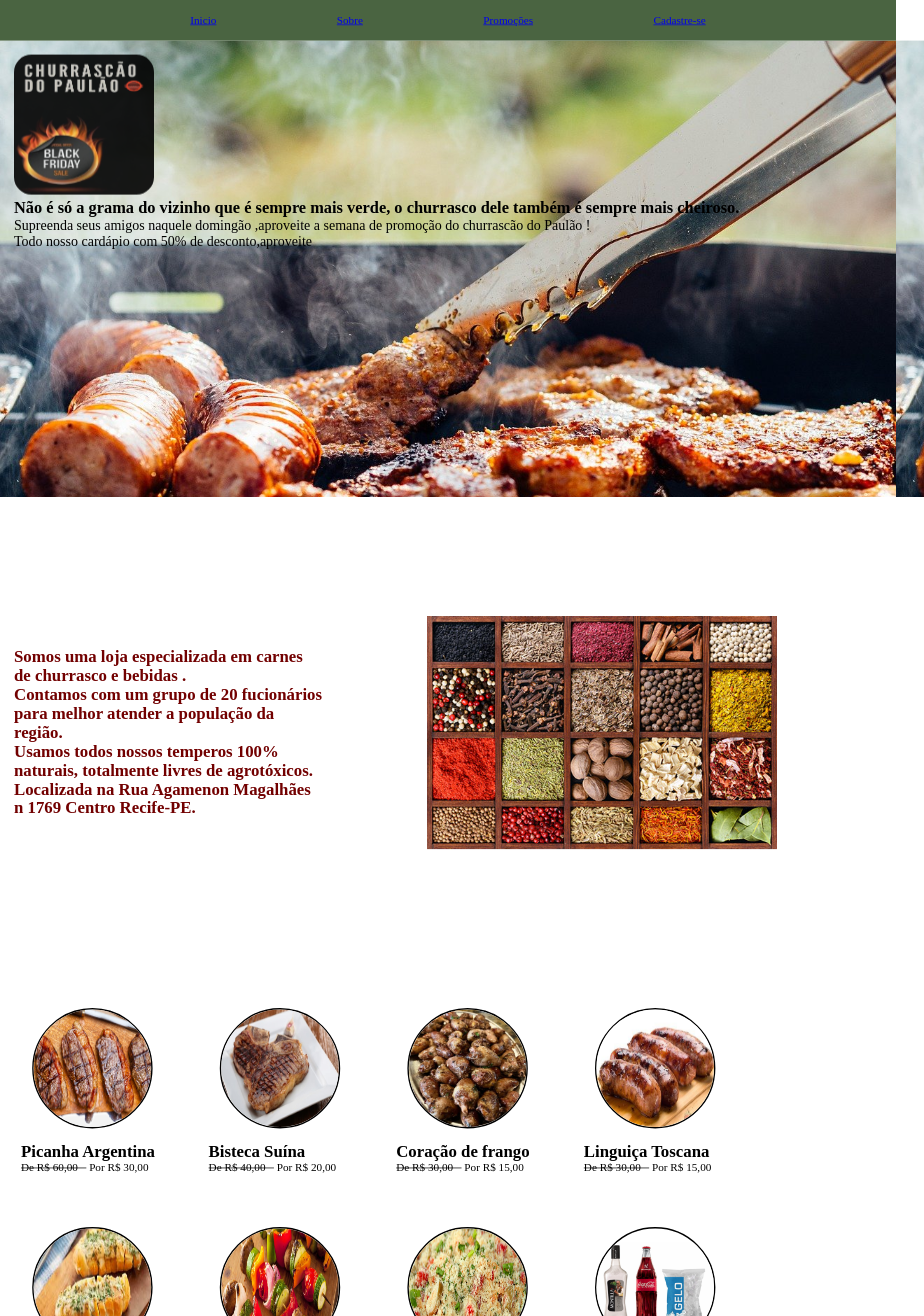
Repository: PauloMarquess/ProjetoBlackFriday
Page: index.html
The author's editor kept a copy of each file at every save. The page is drawn from the files as they stood at one save, then again after the next save.
The browser window is 1280 px wide. The page is 1320 px wide, so the pictures cover 1320 px, including what lies to the right of the window. The pictures show the part of the page from y = 0 to 1880 px (the page is 2872 px tall), at 70% of full size.

Above is the page before, as saved 2021-07-15 20:35:00.

After the next save:
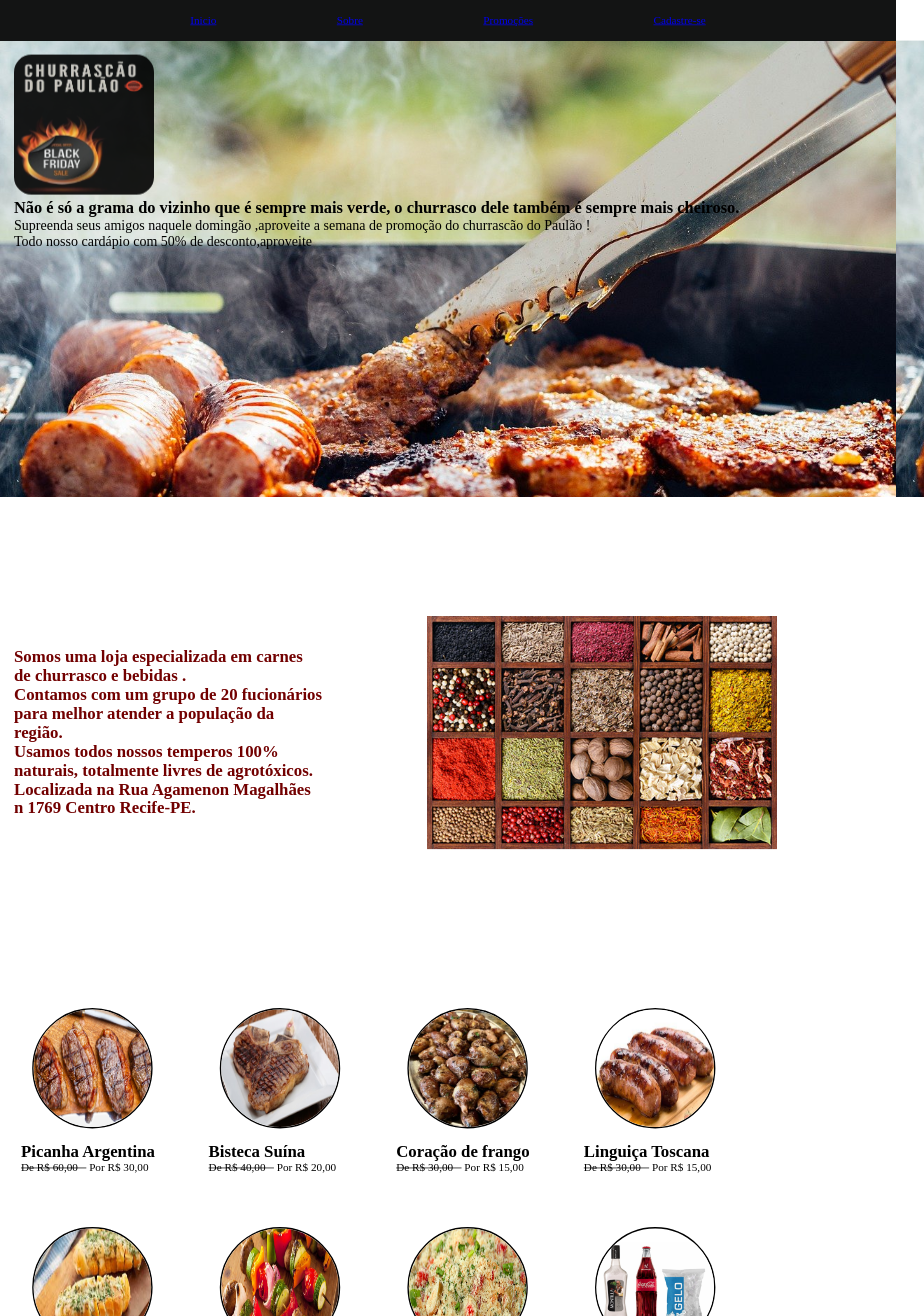
Saved 24 s later.
--- a/css/style.css
+++ b/css/style.css
@@ -12,7 +12,7 @@
 header {
     position: sticky;
     top: 0;
-    background-color:#3b5731eb;
+    background-color:#131414;
 
 
 
